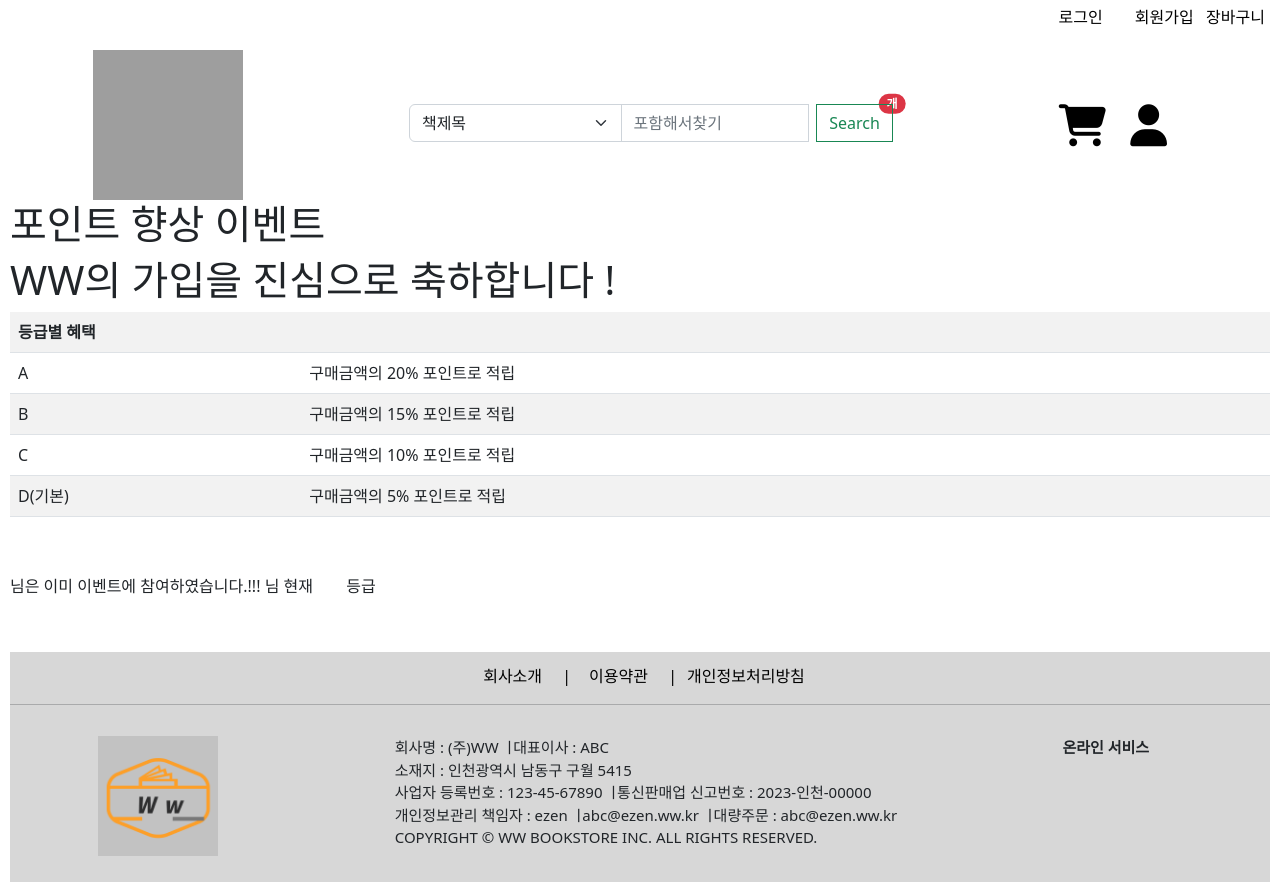
Repository: bongbongi/book1
Page: http://localhost/book/WEB-INF/views/event.jsp
The author's editor kept a copy of each file at every save. The page is drawn from the files as they stood at one save, then again after the next save.
The browser window is 1280 px wide. The pictures show the whole page.
Pictures or frames that could not be fetched are drawn as grey boxes. Some web libraries are served in a nearby version. The page is served by Tomcat 9. Nobody is signed in. Other server files are loaded and not shown. The template is opened directly, without the code that normally fills it, so the values that code supplies are empty.

Above is the page before, as saved 2023-01-23 14:50:01.

### book/src/main/webapp/WEB-INF/views/event.jsp
<%@ page language="java" contentType="text/html; charset=UTF-8" pageEncoding="UTF-8"%>
<%@ taglib uri="http://java.sun.com/jsp/jstl/core" prefix="c"%>
<%@ taglib uri="http://java.sun.com/jsp/jstl/functions" prefix="fn"%>
<!DOCTYPE html>
<html>
<head>
<meta charset="UTF-8">
<title>Insert title here</title>
<style type="text/css">
.event_main {
	margin: 0 auto;
	width: 1260px;
}

#eventBefore {

}

#eventAfter {
	display: none;
}

input#rating,
.eventBefore input {
	font-size: 30px;
	border: none;
	width:25px;
}
</style>
<link rel="stylesheet" href="/resources/css/main.css" type="text/css" />
<script type="text/javascript" src="/resources/js/Winwheel.js"></script>
<script src="http://cdnjs.cloudflare.com/ajax/libs/gsap/latest/TweenMax.min.js"></script>
</head>


<body>

   <jsp:include page="./layout/header.jsp"></jsp:include>
   <div class="event_main">

      <h1>포인트 향상 이벤트</h1>
      <h1>WW의 가입을 진심으로 축하합니다 !</h1>

      <table class="table table-striped">
         <tr>
            <th colspan="2">등급별 혜택</th>
         </tr>
         <tr>
            <td>A</td>
            <td>구매금액의 20% 포인트로 적립</td>
         </tr>
         <tr>
            <td>B</td>
            <td>구매금액의 15% 포인트로 적립</td>
         </tr>
         <tr>
            <td>C</td>
            <td>구매금액의 10% 포인트로 적립</td>
         </tr>
         <tr>
            <td>D(기본)</td>
            <td>구매금액의 5% 포인트로 적립</td>
         </tr>
      </table>
      <br>

      <c:if test="${ses.mem_rating ne 'D'}">
            ${ses.mem_id}님은 이미 이벤트에 참여하였습니다.!!!
            ${ses.mem_id}님 현재 <input id="rating" value="${ses.mem_rating }"> 등급
      </c:if>

      <c:if test="${ses.mem_rating eq 'D'}">
        <div id="eventBefore"> ${ses.mem_id}님은 아직 <input id="firstRating"value="${ses.mem_rating }"> 등급입니다.!!!(등급변경가능)</div>
        <div id="eventAfter"> ${ses.mem_id}님 <input id="rating" value="${ses.mem_rating }"> 등급입니다.!!! 축하합니다</div>
        <div align="center">
            <table cellpadding="0" cellspacing="0" border="0">
               <tr>
                  <td>
                     <div class="power_controls">
                        <br /> <br />
                        <table class="power" cellpadding="10" cellspacing="0">
                           <tr>
                              <th align="center">Power</th>
                           </tr>
                           <tr>
                              <td width="78" align="center" id="pw3" onClick="powerSelected(3);">High</td>
                           </tr>
                           <tr>
                              <td align="center" id="pw2" onClick="powerSelected(2);">Med</td>
                           </tr>
                           <tr>
                              <td align="center" id="pw1" onClick="powerSelected(1);">Low</td>
                           </tr>
                        </table>
                        <br /> <img id="spin_button" src="/resources/img/spin_off.png" alt="Spin" onClick="startSpin();" />

                     </div>
                  </td>
                  <td width="438" height="582" class="the_wheel" align="center" valign="center">
                     <canvas id="canvas" width="434" height="434">
                            <p style="color: white" align="center">Sorry, your browser doesn't support canvas. Please try another.</p>
                        </canvas>
                  </td>
               </tr>
            </table>
         </div>
      </c:if>
      <script>
            // Create new wheel object specifying the parameters at creation time.
            let theWheel = new Winwheel({
                'numSegments'  : 8,     // Specify number of segments.
                'outerRadius'  : 212,   // Set outer radius so wheel fits inside the background.
                'textFontSize' : 28,    // Set font size as desired.
                'segments'     :        // Define segments including colour and text.
                [
                    {'fillStyle' : '#7286D3', 'text' : 'A'},
                     {'fillStyle' : '#8EA7E9', 'text' : 'B'},
                     {'fillStyle' : '#E5E0FF', 'text' : 'C'},
                     {'fillStyle' : '#FFF2F2', 'text' : 'D'},
                     {'fillStyle' : '#7286D3', 'text' : 'A'},
                     {'fillStyle' : '#8EA7E9', 'text' : 'B'},
                     {'fillStyle' : '#E5E0FF', 'text' : 'C'},
                     {'fillStyle' : '#FFF2F2', 'text' : 'D'}
                ],
                'animation' :           // Specify the animation to use.
                {
                    'type'     : 'spinToStop',
                    'duration' : 5,     // Duration in seconds.
                    'spins'    : 8,     // Number of complete spins.
                    'callbackFinished' : alertPrize
                }
            });

            // Vars used by the code in this page to do power controls.
            let wheelPower    = 0;
            let wheelSpinning = false;

            // -------------------------------------------------------
            // Function to handle the onClick on the power buttons.
            // -------------------------------------------------------
            function powerSelected(powerLevel)
            {
                // Ensure that power can't be changed while wheel is spinning.
                if (wheelSpinning == false) {
                    // Reset all to grey incase this is not the first time the user has selected the power.
                    document.getElementById('pw1').className = "";
                    document.getElementById('pw2').className = "";
                    document.getElementById('pw3').className = "";

                    // Now light up all cells below-and-including the one selected by changing the class.
                    if (powerLevel >= 1) {
                        document.getElementById('pw1').className = "pw1";
                    }

                    if (powerLevel >= 2) {
                        document.getElementById('pw2').className = "pw2";
                    }

                    if (powerLevel >= 3) {
                        document.getElementById('pw3').className = "pw3";
                    }

                    // Set wheelPower var used when spin button is clicked.
                    wheelPower = powerLevel;

                    // Light up the spin button by changing it's source image and adding a clickable class to it.
                    document.getElementById('spin_button').src = "/resources/img/spin_on.png";
                    document.getElementById('spin_button').className = "clickable";
                }
            }

            // -------------------------------------------------------
            // Click handler for spin button.
            // -------------------------------------------------------
            function startSpin()
            {
                // Ensure that spinning can't be clicked again while already running.
                if (wheelSpinning == false) {
                    // Based on the power level selected adjust the number of spins for the wheel, the more times is has
                    // to rotate with the duration of the animation the quicker the wheel spins.
                    if (wheelPower == 1) {
                        theWheel.animation.spins = 3;
                    } else if (wheelPower == 2) {
                        theWheel.animation.spins = 8;
                    } else if (wheelPower == 3) {
                        theWheel.animation.spins = 15;
                    }

                    // Disable the spin button so can't click again while wheel is spinning.
                    document.getElementById('spin_button').src       = "/resources/img/spin_off.png";
                    document.getElementById('spin_button').className = "";

                    // Begin the spin animation by calling startAnimation on the wheel object.
                    theWheel.startAnimation();

                    // Set to true so that power can't be changed and spin button re-enabled during
                    // the current animation. The user will have to reset before spinning again.
                    wheelSpinning = true;
                }
            }

            // -------------------------------------------------------
            // Function for reset button.
            // -------------------------------------------------------
            function resetWheel()
            {
                theWheel.stopAnimation(false);  // Stop the animation, false as param so does not call callback function.
                theWheel.rotationAngle = 0;     // Re-set the wheel angle to 0 degrees.
                theWheel.draw();                // Call draw to render changes to the wheel.

                document.getElementById('pw1').className = "";  // Remove all colours from the power level indicators.
                document.getElementById('pw2').className = "";
                document.getElementById('pw3').className = "";

                wheelSpinning = false;          // Reset to false to power buttons and spin can be clicked again.
            }

            // -------------------------------------------------------
            // Called when the spin animation has finished by the callback feature of the wheel because I specified callback in the parameters
            // note the indicated segment is passed in as a parmeter as 99% of the time you will want to know this to inform the user of their prize.
            // -------------------------------------------------------

              async function putGrade(memData){
            try {
                 const url='/event';
                 const config={
                     method : 'post',
                     headers : {
                         'content-type':'application/json; charset=utf-8'
                     },
                     body:JSON.stringify(memData)
                 };
                 const resp=await fetch(url,config);
                 const result=await resp.text();
                 return result;
             } catch (error) {
                 console.log(error);
             }
         }

            function alertPrize(indicatedSegment)
            {
               const mnoVal = '<c:out value="${ses.mem_num}" />';
             console.log(mnoVal);

                  const mem_rating=indicatedSegment.text;
             console.log(mem_rating);
             let memData={
                mem_num:mnoVal,
                mem_rating:mem_rating
             };

              putGrade(memData).then(result=>{
                 if(result>0){
                      alert(mem_rating+"등급 혜택에 당첨되셨습니다 !!!");
                      document.getElementById('eventBefore').style.display="none";
                      document.getElementById('eventAfter').style.display="inline-block";
                      document.getElementById('rating').value = mem_rating;

                 }
              })

            }
        </script>
        <br><br><br>
   </div>
   <jsp:include page="./layout/footer.jsp"></jsp:include>
</body>
</html>

### book/src/main/webapp/WEB-INF/views/layout/header.jsp
<%@ page language="java" contentType="text/html; charset=UTF-8" pageEncoding="UTF-8"%>
<%@ taglib uri="http://java.sun.com/jsp/jstl/core" prefix="c"%>
<link href="https://cdn.jsdelivr.net/npm/bootstrap@5.2.2/dist/css/bootstrap.min.css" rel="stylesheet" integrity="sha384-Zenh87qX5JnK2Jl0vWa8Ck2rdkQ2Bzep5IDxbcnCeuOxjzrPF/et3URy9Bv1WTRi" crossorigin="anonymous">
<script src="https://kit.fontawesome.com/92e616dfba.js" crossorigin="anonymous"></script>
<meta charset="UTF-8">
<!DOCTYPE html>
<html>
<head>
<style>
.header {
   margin: 0 auto;
   width: 1260px;
   height: 200px;
}

.menu {
   display: flex;
   justify-content: flex-end;
   padding: 5px;
}

.logo {
   width: 150px;
   height: 150px;
   background-color: blue;
}

.logo>a>img {
   width: 150px;
   height: 150px;
}

.searchBar {
   /* position:absolute; */
   width: 484px;
   height: 42px;
   /* background-color: gold; */
   margin-top: 54px;
   border-radius: 30px;
}

.bar {
   height: 150px;
   display: flex;
   flex-direction: row;
   flex-wrap: nowrap;
   justify-content: space-around;
   /*    align-items: baseline; */
}

.icons>a>i {
   font-size: 42px;
   color: black;
   margin-top: 54px;
   margin-right: 20px;
}
</style>
</head>
<body>
   <div class="header">
      <div class="menu">
         <c:if test="${ses.mem_id ==null}">
            <ul>
               <a href="/mem/loginPage">로그인</a>
            </ul>
            <ul>
               <a href="/mem/joinPage">회원가입</a>
            </ul>
         </c:if>
         <c:if test="${ses.mem_auth == '0' }">
            <ul>
               <a href="/mem/logOut">로그아웃</a>
            </ul>
            <ul>
               <a href="/mem/adminPage">관리인페이지</a>
            </ul>
         </c:if>
         <c:if test="${ses.mem_id !=null && ses.mem_auth !='0' }">
            <ul>
               <a href="/mem/logOut">로그아웃</a>
            </ul>
            <ul>
               <a href="/mem/mypage">마이페이지</a>
            </ul>
         </c:if>
         <%-- <ul>
            <a href="/cart/cartdetail?mem_num=${ses.mem_num}">장바구니</a>
         </ul> --%>
         <c:if test="${ses.mem_id !=null}">
         <ul>
            <a href="/cart/cartdetail?mem_num=${ses.mem_num}">장바구니</a>
         </ul>
         </c:if>
         <c:if test="${ses.mem_id == null}">
               <a href="/mem/loginPage" onclick="gologin(event)">&nbsp&nbsp&nbsp장바구니</a>
         </c:if>
      </div>
      <div class="bar">
         <div class="logo">
            <a href="/"><img src="/resources/img/logo.jpg" alt="로고"></a>
         </div>
         <div class="searchBar">
            <form action="/book/search" class="d-flex" role="search" method="get">
               <div class="input-group mb-3">
                  <!-- 값을 별도 저장 -->
                  <c:set value="${pgh.pgvo.type}" var="typed" />
                  <select class="form-select" name="type">
                     <option value="t" ${typed eq 't' ? 'selected' :'' }>책제목</option>
                     <option value="c" ${typed eq 'c' ? 'selected' :'' }>작가이름</option>
                     <option value="w" ${typed eq 'w' ? 'selected' :'' }>출판사</option>
                  </select> <input class="form-control me-2" type="text" name="keyword" placeholder="포함해서찾기"> <input type="hidden" name="pageNo" value="1"> <input type="hidden" name="qty" value="10">
                  <button class="btn btn-outline-success" type="submit">Search</button>
                  <span class="position-absolute top-0 start-100 translate-middle badge rounded-pill bg-danger"> ${pgh.totalCount}개 <span class="visually-hidden">unread messages</span>
                  </span>
               </div>
            </form>
         </div>
         <div class="icons">
            <!-- 로그인 되었을때 -->
            <c:if test="${ses.mem_id !=null}">
            <a href="/cart/cartdetail?mem_num=${ses.mem_num}">
               <i class="fa-solid fa-cart-shopping"></i>
            </a>
            </c:if>
            <!-- 로그인 안되었을때 -->
            <c:if test="${ses.mem_id == null}">
            <a href="/mem/loginPage" onclick="gologin(event)">
               <i class="fa-solid fa-cart-shopping"></i>
            </a>
            </c:if>

            <c:if test="${ses.mem_auth == '0' }">
               <a href="/mem/adminPage">
                  <i class="fa-solid fa-user"></i>
               </a>
            </c:if>
            <c:if test="${ses.mem_auth != '0' }">
               <a href="/mem/mypage">
                  <i class="fa-solid fa-user"></i>
               </a>
            </c:if>

         </div>
      </div>
   </div>

   <script type="text/javascript">
      function gologin(event) {
         alert("로그인이 필요합니다!");
      }
      </script>
</body>
</html>

### book/src/main/webapp/WEB-INF/views/layout/footer.jsp
<%@ page language="java" contentType="text/html; charset=UTF-8"
   pageEncoding="UTF-8"%>
   <%@ taglib uri="http://java.sun.com/jsp/jstl/core" prefix="c"%>
<!DOCTYPE html>
<html>
<head>
<meta charset="UTF-8">
<title>Insert title here</title>
<style>
.footer {
   width: 1260px;
   height: 230px;
   background-color: rgba(175, 175, 175, 0.5);
   margin: 0 auto;
}

.footer-logo {

   width: 120px;
   height: 120px;
   background-color: beige;
}
.footer-logo>img{
   width: 120px;
   height: 120px;
}

.address-box {
   text-align: left;
   padding: 0;
   margin: 0;
}

.address {
   padding: 15px;
   height: 150px;
   display: flex;
   font-size: 15px;
   /* align-items: baseline; */
   flex-direction: row;
   flex-wrap: nowrap;
   justify-content: space-around;
}

ul {
   list-style: none;
}

.footer, .address li {

}

.footer-top {
   text-align: center;
   padding-top: 12px;
}

.footer-top>ul {
   margin: 0;
   padding: 0;
   display: flex;
   justify-content: center;
}

.footer-top>li {
   margin: 0;
   padding: 0;
}

a {
   text-decoration-line: none;
   color: black;
}

a:visited {
   text-decoration: none;
}

a:hover {
   text-decoration: none;
}

a:focus {
   text-decoration: none;
}

a:hover, a:active {
   text-decoration: none;
}

.online-serviceBar {
   padding: 0px;
   margin-left: 20px;
   width: 120px;
   height: 120px;
}

.online-serviceBar>ul {
   margin: 0px;
   padding: 0px;
}

</style>

</head>

<body>
   <div class="footer">
      <div class="footer-top">
         <ul>
            <li><a href="/introduce">회사소개 　|　 </a></li>
            <li><a href="/tos">이용약관 　| 　</a></li>
            <li><a href="/pp">개인정보처리방침</a></li>
         </ul>
      </div>
      <hr>
      <div class="address">
         <div class="footer-logo">
            <img src="../resources/img/logo2.png" alt="로고">
         </div>
         <div class="address-box">
            <ul>
               <li>회사명 : (주)WW <span style="margin-right: -7px;">ㅣ</span>
                  대표이사 : ABC
               </li>

               <li>소재지 : 인천광역시 남동구 구월 5415</li>
               <li>사업자 등록번호 : 123-45-67890 <span style="margin-right: -7px;">ㅣ</span>
                  통신판매업 신고번호 : 2023-인천-00000
               </li>

               <li>개인정보관리 책임자 : ezen <span style="margin-right: -7px;">ㅣ</span>
                  abc@ezen.ww.kr <span style="margin-right: -7px;">ㅣ</span> 대량주문 :
                  abc@ezen.ww.kr
               </li>

               <li>COPYRIGHT © WW BOOKSTORE INC. ALL RIGHTS RESERVED.</li>

            </ul>

         </div>
         <div class="online-serviceBar">
            <strong>온라인 서비스</strong>
            <c:if test="${ses.mem_auth eq 1}">
            <ul>
               <li><a href="/mem/mypage">마이페이지</a></li>
               <li><a href="/ntc/noticeOnly">공지사항</a></li>
               <li><a href="/board/list">1대1문의</a></li>
               <li><a href="/faq/faqListOnly">FAQ</a></li>
            </ul>
            </c:if>
            <c:if test="${ses.mem_auth eq 0}">
            <ul>
               <li><a href="/" onclick="gologin(event)">마이페이지</a></li>
               <li><a href="/ntc/noticeOnly">공지사항</a></li>
               <li><a href="/" onclick="gologin(event)">1대1문의</a></li>
               <li><a href="/faq/faqListOnly">FAQ</a></li>
            </ul>

            </c:if>
         </div>
      </div>
   </div>

   <script type="text/javascript">

   function gologin(event) {
      alert("일반회원 영역입니다")
   }



   </script>

</body>
</html>

### book/src/main/webapp/resources/css/main.css
@charset "UTF-8";

/*
Description:
    Contains all the styles for the winning wheel page.

Verison History:
    2012-01-28, Douglas McKechie
    - Created based off earlier version.

    2015-09-26, Douglas McKechie
    - Minor updates for the 2.0 winwheel example.
*/

body
{
    font-family: arial;
}

/* Sets the background image for the wheel */
td.the_wheel
{
    background-image: url(./wheel_back.png);
    background-position: center;
    background-repeat: none;
}

/* Do some css reset on selected elements */
h1, p
{
    margin: 0;
}

div.power_controls
{
    margin-right:70px;
}

div.html5_logo
{
    margin-left:70px;
}

/* Styles for the power selection controls */
table.power
{
    background-color: #cccccc;
    cursor: pointer;
    border:1px solid #333333;
}

table.power th
{
    background-color: white;
    cursor: default;
}

td.pw1
{
    background-color: #E5E0FF;
}

td.pw2
{
    background-color: #8EA7E9;
}

td.pw3
{
    background-color: #7286D3;
}

/* Style applied to the spin button once a power has been selected */
.clickable
{
    cursor: pointer;
}

/* Other misc styles */
.margin_bottom
{
    margin-bottom: 5px;
}

Loaded but not shown: book/src/main/webapp/resources/js/Winwheel.js (2340 lines, source omitted)

After the next save:
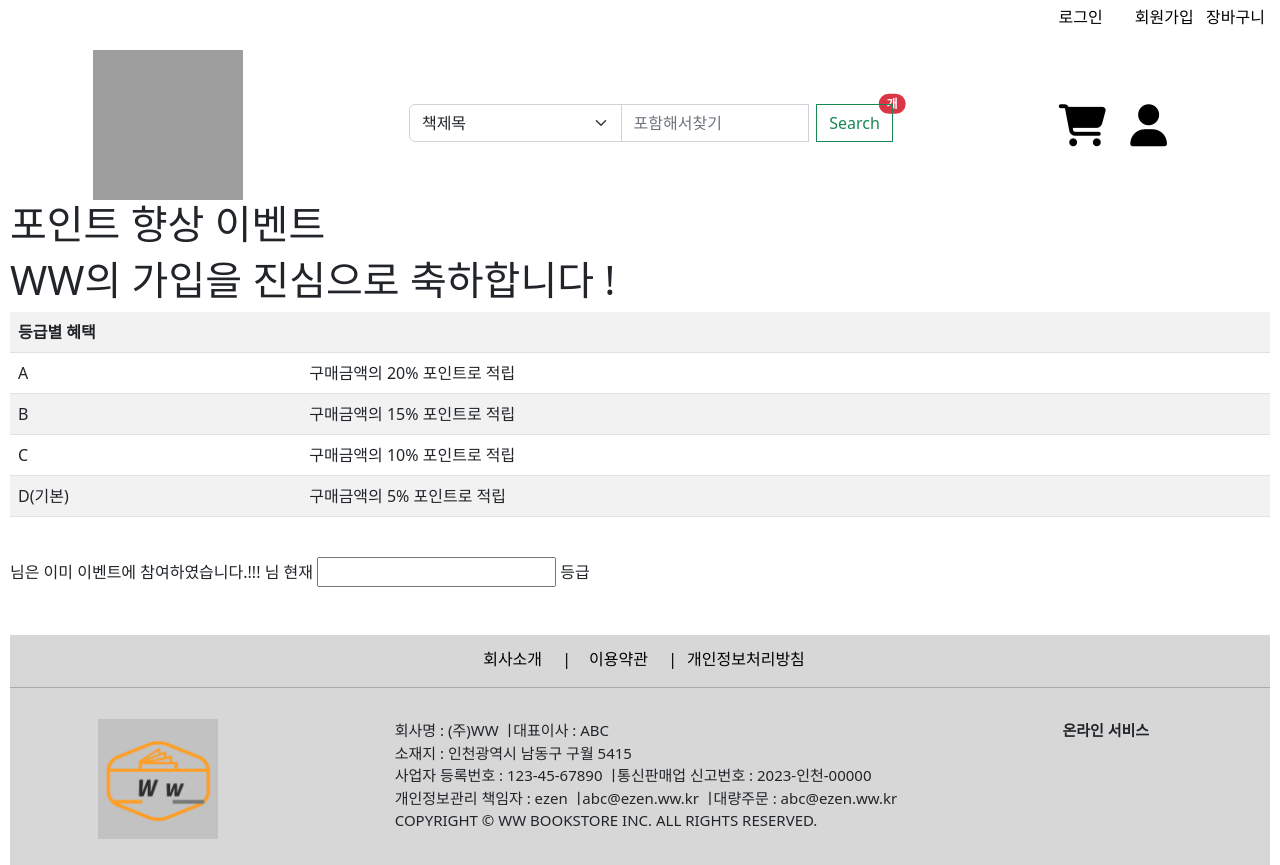
Saved 26 s later.
--- a/book/src/main/webapp/WEB-INF/views/event.jsp
+++ b/book/src/main/webapp/WEB-INF/views/event.jsp
@@ -21,7 +21,7 @@
 }
 
 input#rating,
-.eventBefore input {
+input#firstRating, {
 	font-size: 30px;
 	border: none;
 	width:25px;
